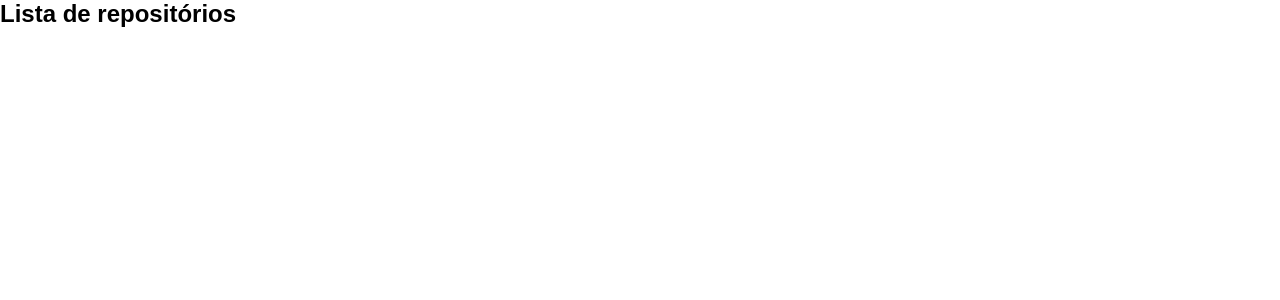
Repository: viniciusfg05/AnnotationReacts
Page: /
The author's editor kept a copy of each file at every save. The page is drawn from the files as they stood at one save, then again after the next save.
The browser window is 1280 px wide. The pictures show the whole page.
The project was rebuilt for these pictures with package versions that can differ from the ones it lists, and the page was loaded fresh each time. Also part of the build but not shown: webpack.config.js.

Above is the page before, as saved 2022-02-17 13:35:41.

After the next save:
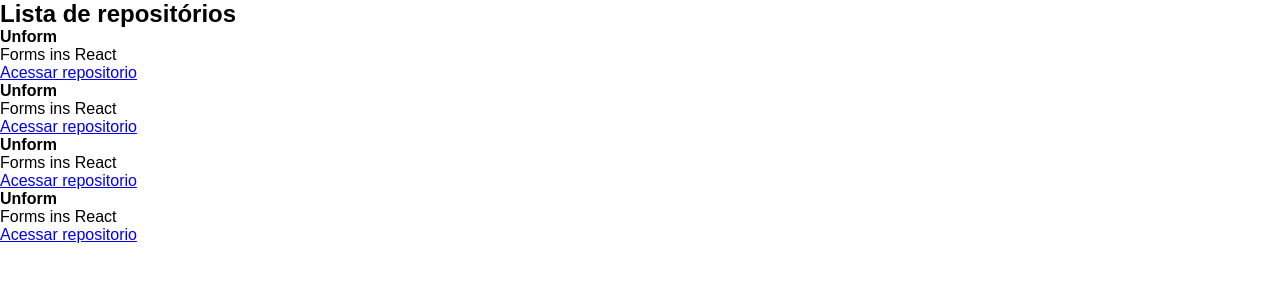
Saved 40 s later.
--- a/src/components/RepositoryList.jsx
+++ b/src/components/RepositoryList.jsx
@@ -1,7 +1,16 @@
+import { RepositoryItens } from './RepositoryItens'
+
 export function RepositoryList() {
   return (
     <section className="repository-list">
       <h1>Lista de repositórios</h1>
+
+      <ul>
+        <RepositoryItens />
+        <RepositoryItens />
+        <RepositoryItens />
+        <RepositoryItens />
+      </ul>
     </section>
   )
 }
